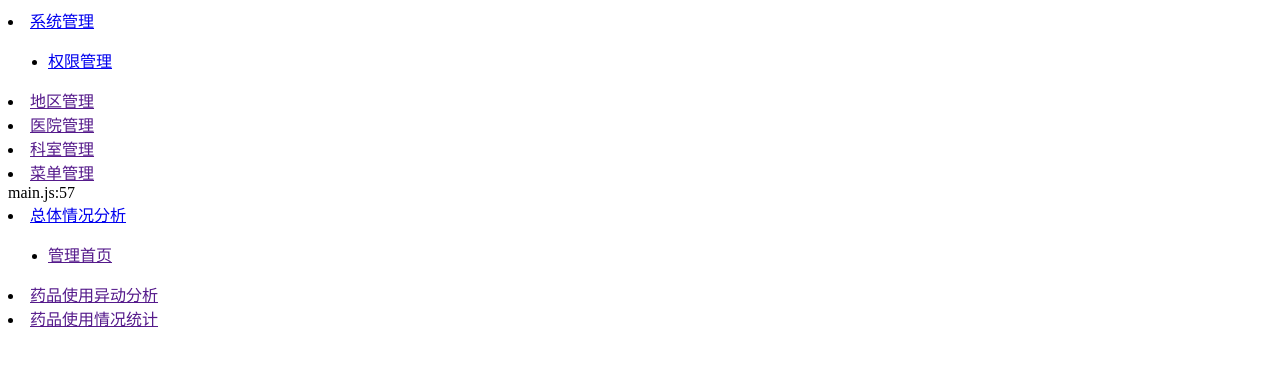
Repository: gongcrystal/medeasy
Page: WSMedEasy20171103/medeasy/medeasy-web/src/main/webapp/WEB-INF/templates/linshi.html
The author's editor kept a copy of each file at every save. The page is drawn from the files as they stood at one save, then again after the next save.
The browser window is 1280 px wide. The pictures show the whole page.

Above is the page before, as saved 2017-11-17 07:34:28.

### WSMedEasy20171103/medeasy/medeasy-web/src/main/webapp/WEB-INF/templates/linshi.html
<!DOCTYPE html>
<html>
<head>
<meta charset="UTF-8">
<title>Insert title here</title>
</head>
<body>
	<li class="">
		<a href="# " class="dropdown-toggle">
			<i class="menu-icon fa  fa-desktop blue"></i><span class="menu-text">系统管理</span><b class="arrow fa fa-angle-down"></b>
		</a>
		<b class="arrow"></b>
		<ul class="submenu">
			<li class="">
				<a href=class="dropdown-toggle">
					<i class="menu-icon fa fa-caret-right"></i> 权限管理<b class="arrow fa fa-angle-down"></b>
				</a>
				<b class="arrow"></b>
			</li>
		</ul>
	<li class="">
		<a href=>
			<i class="menu-icon fa fa-caret-right"></i> 地区管理
		</a>
		<b class="arrow"></b>
	</li>
	<li class="">
		<a href=>
			<i class="menu-icon fa fa-caret-right"></i> 医院管理
		</a>
		<b class="arrow"></b>
	</li>
	<li class="">
		<a href=>
			<i class="menu-icon fa fa-caret-right"></i> 科室管理
		</a>
		<b class="arrow"></b>
	</li>
	<li class="">
		<a href=>
			<i class="menu-icon fa fa-caret-right"></i> 菜单管理
		</a>
		<b class="arrow"></b>
	</li>
	</li>
	main.js:57
	<li class="">
		<a href="b" class="dropdown-toggle">
			<i class="menu-icon fa  fa-lock black"></i><span class="menu-text">总体情况分析</span><b class="arrow fa fa-angle-down"></b>
		</a>
		<b class="arrow"></b>
		<ul class="submenu">
			<li class="">
				<a href=>
					<i class="menu-icon fa fa-caret-right"></i> 管理首页
				</a>
				<b class="arrow"></b>
			</li>
		</ul>
	<li class="">
		<a href=>
			<i class="menu-icon fa fa-caret-right"></i> 药品使用异动分析
		</a>
		<b class="arrow"></b>
	</li>
	<li class="">
		<a href=>
			<i class="menu-icon fa fa-caret-right"></i> 药品使用情况统计
		</a>
		<b class="arrow"></b>
	</li>
	</li>

</body>
</html>

After the next save:
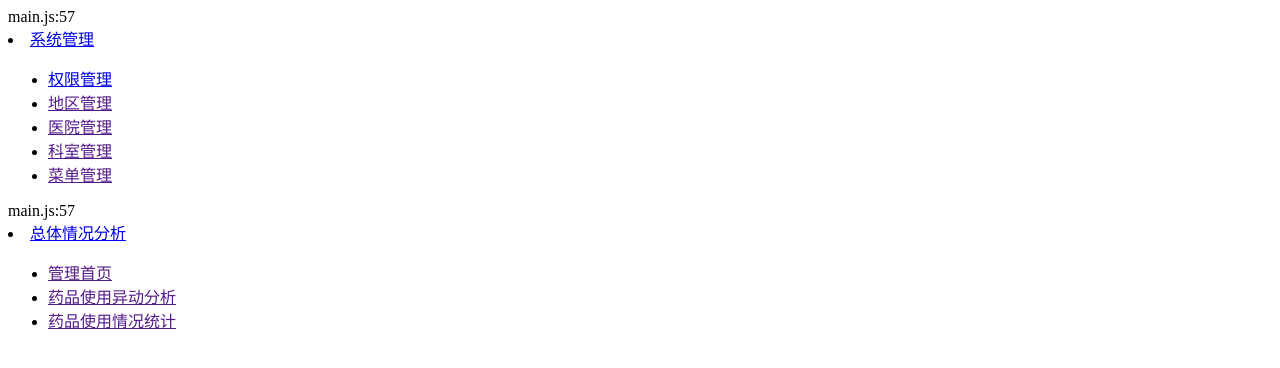
Saved 19 min 33 s later.
--- a/WSMedEasy20171103/medeasy/medeasy-web/src/main/webapp/WEB-INF/templates/linshi.html
+++ b/WSMedEasy20171103/medeasy/medeasy-web/src/main/webapp/WEB-INF/templates/linshi.html
@@ -5,6 +5,7 @@
 <title>Insert title here</title>
 </head>
 <body>
+	main.js:57
 	<li class="">
 		<a href="# " class="dropdown-toggle">
 			<i class="menu-icon fa  fa-desktop blue"></i><span class="menu-text">系统管理</span><b class="arrow fa fa-angle-down"></b>
@@ -17,31 +18,31 @@
 				</a>
 				<b class="arrow"></b>
 			</li>
+			<li class="">
+				<a href=>
+					<i class="menu-icon fa fa-caret-right"></i> 地区管理
+				</a>
+				<b class="arrow"></b>
+			</li>
+			<li class="">
+				<a href=>
+					<i class="menu-icon fa fa-caret-right"></i> 医院管理
+				</a>
+				<b class="arrow"></b>
+			</li>
+			<li class="">
+				<a href=>
+					<i class="menu-icon fa fa-caret-right"></i> 科室管理
+				</a>
+				<b class="arrow"></b>
+			</li>
+			<li class="">
+				<a href=>
+					<i class="menu-icon fa fa-caret-right"></i> 菜单管理
+				</a>
+				<b class="arrow"></b>
+			</li>
 		</ul>
-	<li class="">
-		<a href=>
-			<i class="menu-icon fa fa-caret-right"></i> 地区管理
-		</a>
-		<b class="arrow"></b>
-	</li>
-	<li class="">
-		<a href=>
-			<i class="menu-icon fa fa-caret-right"></i> 医院管理
-		</a>
-		<b class="arrow"></b>
-	</li>
-	<li class="">
-		<a href=>
-			<i class="menu-icon fa fa-caret-right"></i> 科室管理
-		</a>
-		<b class="arrow"></b>
-	</li>
-	<li class="">
-		<a href=>
-			<i class="menu-icon fa fa-caret-right"></i> 菜单管理
-		</a>
-		<b class="arrow"></b>
-	</li>
 	</li>
 	main.js:57
 	<li class="">
@@ -56,19 +57,19 @@
 				</a>
 				<b class="arrow"></b>
 			</li>
+			<li class="">
+				<a href=>
+					<i class="menu-icon fa fa-caret-right"></i> 药品使用异动分析
+				</a>
+				<b class="arrow"></b>
+			</li>
+			<li class="">
+				<a href=>
+					<i class="menu-icon fa fa-caret-right"></i> 药品使用情况统计
+				</a>
+				<b class="arrow"></b>
+			</li>
 		</ul>
-	<li class="">
-		<a href=>
-			<i class="menu-icon fa fa-caret-right"></i> 药品使用异动分析
-		</a>
-		<b class="arrow"></b>
-	</li>
-	<li class="">
-		<a href=>
-			<i class="menu-icon fa fa-caret-right"></i> 药品使用情况统计
-		</a>
-		<b class="arrow"></b>
-	</li>
 	</li>
 
 </body>
